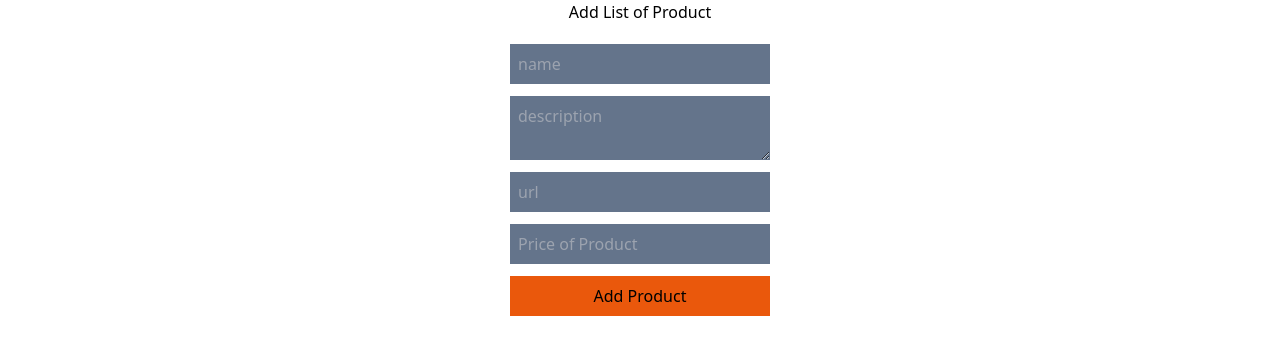
Repository: Semanmernstack/nextjs-openai-chatbot
Page: /add-product
The author's editor kept a copy of each file at every save. The page is drawn from the files as they stood at one save, then again after the next save.
The browser window is 1280 px wide. The pictures show the whole page.
The project was rebuilt for these pictures with package versions that can differ from the ones it lists, and the page was loaded fresh each time. The framework's server and built-in components were replaced by stand-ins that run in the browser. Also part of the build but not shown: next.config.js.

Above is the page before, as saved 2023-07-20 01:53:41.

After the next save:
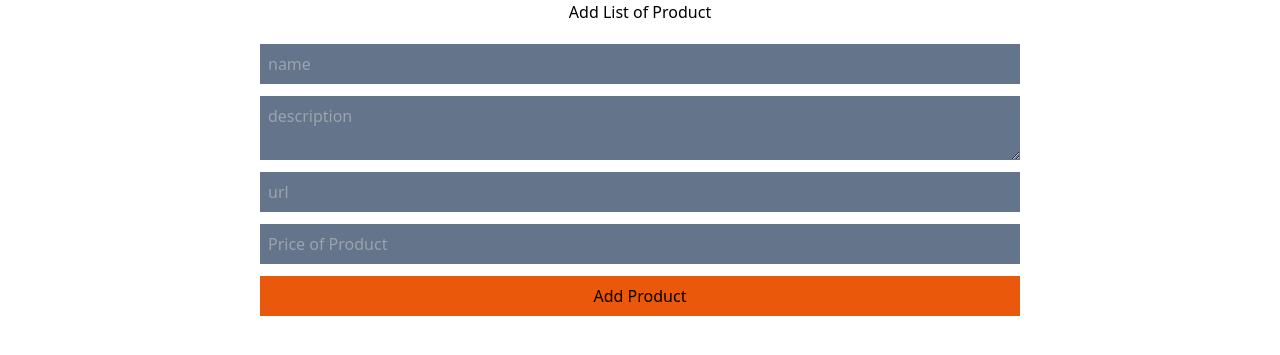
Saved 3 min 45 s later.
--- a/app/add-product/page.tsx
+++ b/app/add-product/page.tsx
@@ -4,7 +4,7 @@ function page() {
   return (
     <div className="flex flex-col">
         <h1 className="items-center justify-center flex">Add List of Product</h1>
-        <form className="flex flex-col max-w-2xl md:max-w-full mx-auto min-w-[300px] p-5 gap-3"  action="">
+        <form className="flex flex-col max-w-2xl md:max-w-full mx-auto md:min-w-[600px] lg:min-w-[800px] sm:min-w-[300px] p-5 gap-3"  action="">
             <input type="text"
                 required
                 name="name"
